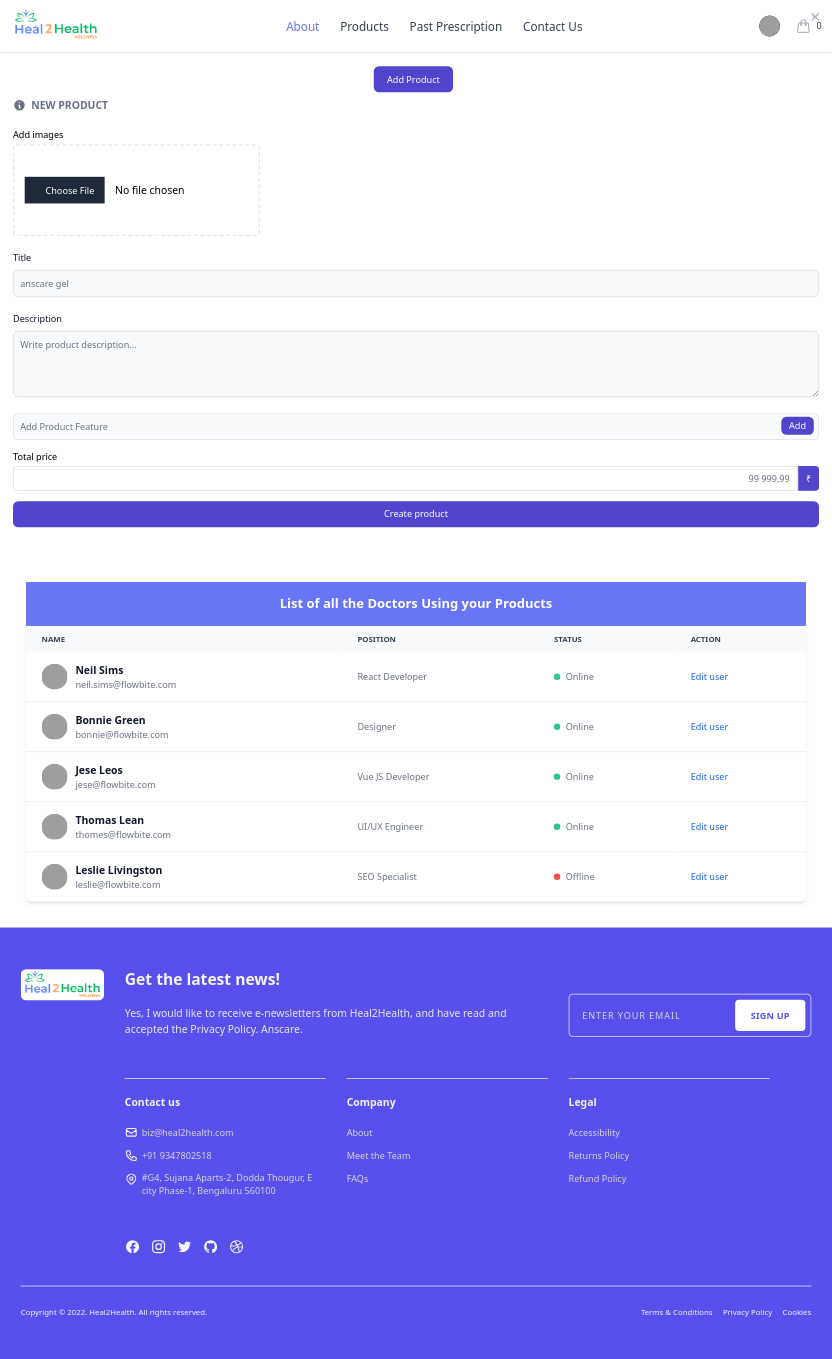
Repository: Akash123-coder/H2H
Page: /dealer (app in Frontend/), after clicking the first element matching `button.text-white`
These files come from the project's save history. The page is drawn as it stood at one moment and after the next save; the edit follows.
The browser window is 1280 px wide. The pictures show the whole page, at 65% of full size.
Pictures or frames that could not be fetched are drawn as grey boxes. The project was rebuilt for these pictures with package versions that can differ from the ones it lists, and the page was loaded fresh each time. Also part of the build but not shown: Frontend/vite.config.ts, Frontend/src/pages/About.tsx, Frontend/src/components/Cta.jsx, Frontend/src/pages/Home.jsx, Frontend/src/components/Product.tsx, Frontend/src/components/Select.jsx, Frontend/src/components/CompanySelect.jsx, Frontend/src/pages/Prescription.jsx and 7 more.

Above is the page before, as saved 2022-10-12 17:55:29.

After the next save:
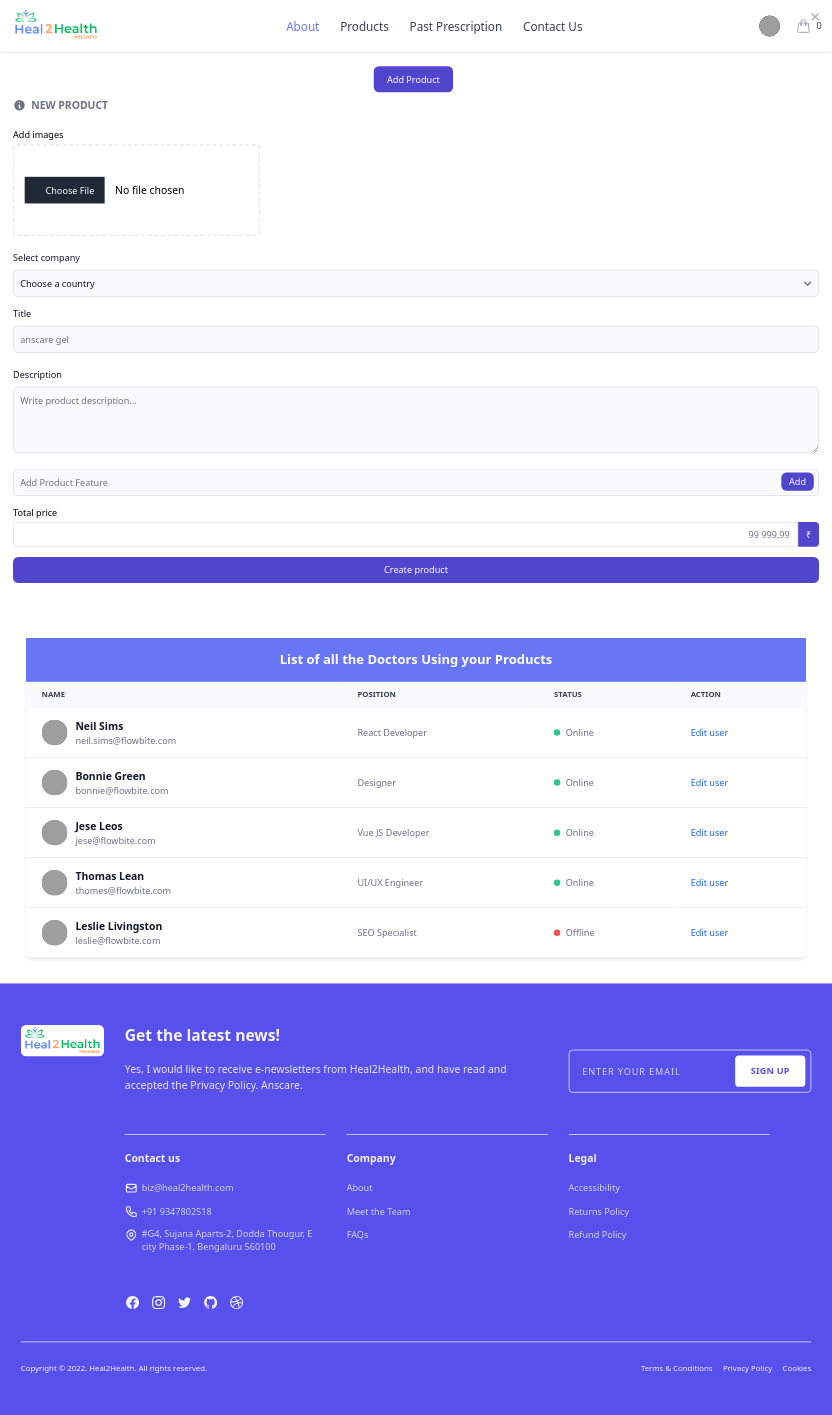
Saved 80 s later.
--- a/Frontend/src/components/DealerAddProduct.jsx
+++ b/Frontend/src/components/DealerAddProduct.jsx
@@ -28,6 +28,15 @@ function DealerAddProduct() {
 </fieldset>
       </div>
       <div className="mb-4">
+
+<label for="companies" class="block mb-2 text-sm font-medium text-gray-900 dark:text-gray-400">Select company</label>
+<select id="companies" class="bg-gray-50 border border-gray-300 text-gray-900 text-sm rounded-lg focus:ring-blue-500 focus:border-blue-500 block w-full p-2.5 dark:bg-gray-700 dark:border-gray-600 dark:placeholder-gray-400 dark:text-white dark:focus:ring-blue-500 dark:focus:border-blue-500">
+  <option >Choose a country</option>
+  <option>United States</option>
+  <option>Canada</option>
+  <option>France</option>
+  <option>Germany</option>
+</select>
 
       </div>
       <div class="mb-6">
